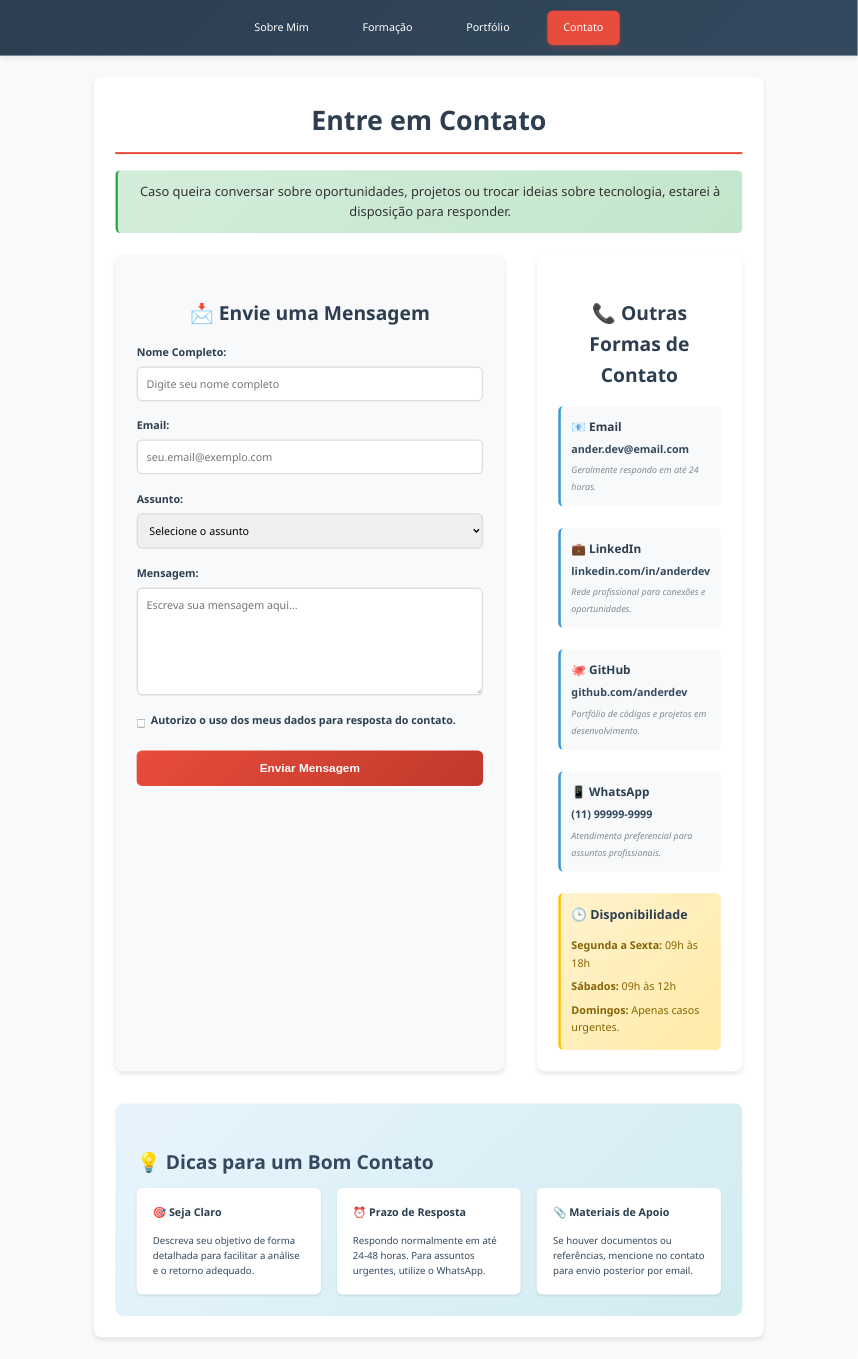
Repository: AnderHonorato/meu-portfolio
Page: contato.html
The author's editor kept a copy of each file at every save. The page is drawn from the files as they stood at one save, then again after the next save.
The browser window is 1280 px wide. The pictures show the whole page, at 67% of full size.

Above is the page before, as saved 2025-08-26 20:01:36.

### contato.html
<!DOCTYPE html>
<html lang="pt-br">
<head>
    <meta charset="UTF-8">
    <meta name="viewport" content="width=device-width, initial-scale=1.0">
    <title>Contato - Ander</title>
    <link rel="stylesheet" href="css/style.css">
</head>
<body>
    <!-- MENU DE NAVEGAÇÃO PADRÃO -->
    <nav class="menu">
        <ul>
            <li><a href="index.html">Sobre Mim</a></li>
            <li><a href="formacao.html">Formação</a></li>
            <li><a href="portfolio.html">Portfólio</a></li>
            <li><a href="contato.html" class="ativo">Contato</a></li>
        </ul>
    </nav>

    <!-- CONTEÚDO ESPECÍFICO DA PÁGINA DE CONTATO -->
    <main class="conteudo">
        <h1>Entre em Contato</h1>

        <p class="intro-contato">
            Caso queira conversar sobre oportunidades, projetos ou trocar ideias sobre tecnologia, estarei à disposição para responder.
        </p>

        <div class="contato-container">
            <!-- FORMULÁRIO DE CONTATO -->
            <div class="formulario-contato">
                <h2>📩 Envie uma Mensagem</h2>

                <!-- FORMULÁRIO (APENAS VISUAL) -->
                <form class="form-contato" id="formContato">
                    <div class="campo">
                        <label for="nome">Nome Completo:</label>
                        <input type="text" id="nome" name="nome" placeholder="Digite seu nome completo" required>
                    </div>

                    <div class="campo">
                        <label for="email">Email:</label>
                        <input type="email" id="email" name="email" placeholder="seu.email@exemplo.com" required>
                    </div>

                    <div class="campo">
                        <label for="assunto">Assunto:</label>
                        <select id="assunto" name="assunto" required>
                            <option value="">Selecione o assunto</option>
                            <option value="oportunidade">Oportunidade de Trabalho</option>
                            <option value="projeto">Proposta de Projeto</option>
                            <option value="duvida">Dúvida Técnica</option>
                            <option value="networking">Networking</option>
                            <option value="outros">Outros</option>
                        </select>
                    </div>

                    <div class="campo">
                        <label for="mensagem">Mensagem:</label>
                        <textarea id="mensagem" name="mensagem" rows="6" placeholder="Escreva sua mensagem aqui..." required></textarea>
                    </div>

                    <!-- CHECKBOX DE CONFIRMAÇÃO -->
                    <div class="campo checkbox">
                        <input type="checkbox" id="aceite" name="aceite" required>
                        <label for="aceite">Autorizo o uso dos meus dados para resposta do contato.</label>
                    </div>

                    <button type="submit" class="btn-enviar">Enviar Mensagem</button>
                </form>

                <!-- MENSAGEM DE RETORNO (OCULTA INICIALMENTE) -->
                <div id="mensagemRetorno" class="mensagem-retorno" style="display: none;">
                    <p>✅ Mensagem enviada com sucesso! Retornarei o contato em breve.</p>
                </div>
            </div>

            <!-- INFORMAÇÕES DE CONTATO DIRETO -->
            <div class="info-contato">
                <h2>📞 Outras Formas de Contato</h2>

                <div class="contato-item">
                    <h3>📧 Email</h3>
                    <p>ander.dev@email.com</p>
                    <small>Geralmente respondo em até 24 horas.</small>
                </div>

                <div class="contato-item">
                    <h3>💼 LinkedIn</h3>
                    <p>linkedin.com/in/anderdev</p>
                    <small>Rede profissional para conexões e oportunidades.</small>
                </div>

                <div class="contato-item">
                    <h3>🐙 GitHub</h3>
                    <p>github.com/anderdev</p>
                    <small>Portfólio de códigos e projetos em desenvolvimento.</small>
                </div>

                <div class="contato-item">
                    <h3>📱 WhatsApp</h3>
                    <p>(11) 99999-9999</p>
                    <small>Atendimento preferencial para assuntos profissionais.</small>
                </div>

                <!-- HORÁRIOS DE DISPONIBILIDADE -->
                <div class="disponibilidade">
                    <h3>🕒 Disponibilidade</h3>
                    <ul>
                        <li><strong>Segunda a Sexta:</strong> 09h às 18h</li>
                        <li><strong>Sábados:</strong> 09h às 12h</li>
                        <li><strong>Domingos:</strong> Apenas casos urgentes.</li>
                    </ul>
                </div>
            </div>
        </div>

        <!-- SEÇÃO DE DICAS DE CONTATO -->
        <div class="dicas-contato">
            <h2>💡 Dicas para um Bom Contato</h2>
            <div class="dicas-grid">
                <div class="dica-item">
                    <h4>🎯 Seja Claro</h4>
                    <p>Descreva seu objetivo de forma detalhada para facilitar a análise e o retorno adequado.</p>
                </div>
                <div class="dica-item">
                    <h4>⏰ Prazo de Resposta</h4>
                    <p>Respondo normalmente em até 24-48 horas. Para assuntos urgentes, utilize o WhatsApp.</p>
                </div>
                <div class="dica-item">
                    <h4>📎 Materiais de Apoio</h4>
                    <p>Se houver documentos ou referências, mencione no contato para envio posterior por email.</p>
                </div>
            </div>
        </div>
    </main>

    <!-- SCRIPT DE INTERATIVIDADE DO FORMULÁRIO -->
    <script>
        // SIMULA O ENVIO DO FORMULÁRIO E MOSTRA MENSAGEM DE SUCESSO
        document.getElementById('formContato').addEventListener('submit', function(e) {
            e.preventDefault();
            document.getElementById('mensagemRetorno').style.display = 'block';
            this.reset();
            document.getElementById('mensagemRetorno').scrollIntoView({ behavior: 'smooth' });
        });
    </script>
</body>
</html>

### css/style.css
/* Reset básico e configurações globais */
* {
    margin: 0;
    padding: 0;
    box-sizing: border-box;
}

/* Configurações do corpo da página */
body {
    font-family: 'Segoe UI', Tahoma, Geneva, Verdana, sans-serif;
    line-height: 1.6;
    color: #333;
    background-color: #f8f9fa;
}

/* Menu de navegação - SEMPRE VISÍVEL */
.menu {
    background: linear-gradient(135deg, #2c3e50, #34495e);
    padding: 1rem 0;
    position: sticky; /* Menu fica fixo no topo ao rolar */
    top: 0;
    z-index: 1000; /* Garante que fica por cima de outros elementos */
    box-shadow: 0 2px 10px rgba(0,0,0,0.1);
}

.menu ul {
    list-style: none;
    display: flex;
    justify-content: center;
    gap: 2rem;
    max-width: 1200px;
    margin: 0 auto;
    padding: 0 1rem;
}

.menu a {
    color: white;
    text-decoration: none;
    padding: 0.8rem 1.5rem;
    border-radius: 8px;
    transition: all 0.3s ease;
    display: block;
    font-weight: 500;
}

.menu a:hover {
    background-color: rgba(255, 255, 255, 0.1);
    transform: translateY(-2px);
}

.menu a.ativo {
    background-color: #e74c3c;
    box-shadow: 0 4px 8px rgba(231, 76, 60, 0.3);
}

/* Conteúdo principal */
.conteudo {
    max-width: 1000px;
    margin: 2rem auto;
    padding: 0 1rem;
    background-color: white;
    border-radius: 12px;
    box-shadow: 0 4px 6px rgba(0,0,0,0.1);
    padding: 2rem;
}

.conteudo h1 {
    color: #2c3e50;
    margin-bottom: 1.5rem;
    text-align: center;
    font-size: 2.5rem;
    border-bottom: 3px solid #e74c3c;
    padding-bottom: 1rem;
}

.conteudo h2 {
    color: #34495e;
    margin: 2rem 0 1rem 0;
    font-size: 1.8rem;
}

/* === ESTILOS PÁGINA SOBRE MIM === */
.sobre-container {
    display: grid;
    grid-template-columns: 250px 1fr;
    gap: 2rem;
    margin-top: 2rem;
}

.foto-perfil {
    text-align: center;
}

.placeholder-foto {
    width: 200px;
    height: 200px;
    border-radius: 50%;
    background: linear-gradient(135deg, #e74c3c, #c0392b);
    display: flex;
    align-items: center;
    justify-content: center;
    color: white;
    font-weight: bold;
    margin: 0 auto;
    box-shadow: 0 8px 16px rgba(231, 76, 60, 0.3);
}

.foto-perfil img {
    width: 200px;
    height: 200px;
    border-radius: 50%;
    object-fit: cover;
    box-shadow: 0 8px 16px rgba(0,0,0,0.2);
}

.texto-sobre {
    flex: 1;
}

.texto-sobre p {
    margin-bottom: 1rem;
    text-align: justify;
    font-size: 1.1rem;
}

.lista-hobbies {
    list-style: none;
    margin: 1rem 0;
}

.lista-hobbies li {
    padding: 0.5rem 0;
    font-size: 1.1rem;
    border-bottom: 1px solid #eee;
    transition: all 0.3s ease;
}

.lista-hobbies li:hover {
    background-color: #f8f9fa;
    padding-left: 1rem;
    border-left: 4px solid #e74c3c;
}

.info-adicional {
    margin-top: 3rem;
    padding: 2rem;
    background: linear-gradient(135deg, #ecf0f1, #bdc3c7);
    border-radius: 12px;
}

/* === ESTILOS PÁGINA FORMAÇÃO === */
.formacao-secao {
    margin-bottom: 3rem;
}

.item-formacao {
    background: linear-gradient(135deg, #f8f9fa, #e9ecef);
    padding: 2rem;
    border-radius: 12px;
    margin-bottom: 1.5rem;
    border-left: 5px solid #e74c3c;
    transition: transform 0.3s ease;
}

.item-formacao:hover {
    transform: translateY(-5px);
    box-shadow: 0 8px 16px rgba(0,0,0,0.1);
}

.item-formacao h3 {
    color: #2c3e50;
    margin-bottom: 1rem;
    font-size: 1.3rem;
}

.item-formacao p {
    margin-bottom: 0.5rem;
}

.lista-idiomas {
    list-style: none;
}

.lista-idiomas li {
    padding: 1rem 0;
    border-bottom: 1px solid #ddd;
}

.lista-idiomas li:last-child {
    border-bottom: none;
}

.nivel-idioma {
    margin-top: 0.5rem;
}

.barra-progresso {
    width: 100%;
    height: 8px;
    background-color: #ecf0f1;
    border-radius: 4px;
    overflow: hidden;
    margin: 0.5rem 0;
}

.progresso {
    height: 100%;
    background: linear-gradient(90deg, #e74c3c, #c0392b);
    transition: width 0.3s ease;
}

.descricao-nivel {
    font-size: 0.9rem;
    color: #7f8c8d;
    font-style: italic;
}

.proximos-estudos ul {
    list-style: none;
    display: grid;
    grid-template-columns: repeat(auto-fit, minmax(250px, 1fr));
    gap: 1rem;
}

.proximos-estudos li {
    background-color: #fff3cd;
    padding: 1rem;
    border-radius: 8px;
    border-left: 4px solid #ffc107;
    font-weight: 500;
}

/* === ESTILOS PÁGINA PORTFÓLIO === */
.intro-portfolio {
    text-align: center;
    font-size: 1.2rem;
    margin-bottom: 2rem;
    padding: 1rem;
    background-color: #f8f9fa;
    border-radius: 8px;
    border-left: 4px solid #e74c3c;
}

.projetos-grid {
    display: grid;
    grid-template-columns: repeat(auto-fit, minmax(350px, 1fr));
    gap: 2rem;
    margin-bottom: 3rem;
}

.projeto-item {
    background: linear-gradient(135deg, #ffffff, #f8f9fa);
    padding: 2rem;
    border-radius: 12px;
    box-shadow: 0 4px 8px rgba(0,0,0,0.1);
    transition: all 0.3s ease;
    border-top: 4px solid #e74c3c;
}

.projeto-item:hover {
    transform: translateY(-8px);
    box-shadow: 0 12px 24px rgba(0,0,0,0.15);
}

.projeto-item h3 {
    color: #2c3e50;
    margin-bottom: 1rem;
    font-size: 1.4rem;
}

.tags-projeto {
    margin-bottom: 1rem;
}

.tag {
    display: inline-block;
    background: linear-gradient(135deg, #e74c3c, #c0392b);
    color: white;
    padding: 0.3rem 0.8rem;
    border-radius: 20px;
    font-size: 0.8rem;
    margin-right: 0.5rem;
    font-weight: 500;
}

.projeto-detalhes {
    margin: 1rem 0;
    padding: 1rem;
    background-color: #f8f9fa;
    border-radius: 8px;
}

.projeto-detalhes p {
    margin-bottom: 0.5rem;
    font-size: 0.9rem;
}

.btn-projeto {
    display: inline-block;
    background: linear-gradient(135deg, #3498db, #2980b9);
    color: white;
    padding: 0.8rem 1.5rem;
    text-decoration: none;
    border-radius: 8px;
    transition: all 0.3s ease;
    font-weight: 500;
}

.btn-projeto:hover {
    transform: translateY(-2px);
    box-shadow: 0 4px 8px rgba(52, 152, 219, 0.3);
}

/* Habilidades técnicas */
.habilidades-secao {
    margin-top: 3rem;
    padding: 2rem;
    background: linear-gradient(135deg, #ecf0f1, #bdc3c7);
    border-radius: 12px;
}

.habilidades-grid {
    display: grid;
    grid-template-columns: repeat(auto-fit, minmax(250px, 1fr));
    gap: 1.5rem;
    margin-top: 1rem;
}

.habilidade-item {
    background-color: white;
    padding: 1.5rem;
    border-radius: 8px;
    box-shadow: 0 2px 4px rgba(0,0,0,0.1);
}

.habilidade-item h4 {
    color: #2c3e50;
    margin-bottom: 1rem;
    font-size: 1.1rem;
}

.nivel-habilidade {
    display: flex;
    align-items: center;
    gap: 1rem;
}

.barra-habilidade {
    flex: 1;
    height: 8px;
    background-color: #ecf0f1;
    border-radius: 4px;
    overflow: hidden;
}

.progresso-habilidade {
    height: 100%;
    background: linear-gradient(90deg, #27ae60, #2ecc71);
    transition: width 0.3s ease;
}

.estudos-atuais {
    margin-top: 2rem;
    padding: 2rem;
    background-color: #e8f5e8;
    border-radius: 12px;
    border-left: 5px solid #27ae60;
}

.lista-estudos {
    list-style: none;
    display: grid;
    grid-template-columns: repeat(auto-fit, minmax(300px, 1fr));
    gap: 1rem;
}

.lista-estudos li {
    padding: 1rem;
    background-color: white;
    border-radius: 8px;
    box-shadow: 0 2px 4px rgba(0,0,0,0.1);
    transition: transform 0.3s ease;
}

.lista-estudos li:hover {
    transform: translateX(10px);
}

/* === ESTILOS PÁGINA CONTATO === */
.intro-contato {
    text-align: center;
    font-size: 1.2rem;
    margin-bottom: 2rem;
    padding: 1rem;
    background: linear-gradient(135deg, #d4edda, #c3e6cb);
    border-radius: 8px;
    border-left: 4px solid #28a745;
}

.contato-container {
    display: grid;
    grid-template-columns: 2fr 1fr;
    gap: 3rem;
    margin-top: 2rem;
}

.formulario-contato {
    background-color: #f8f9fa;
    padding: 2rem;
    border-radius: 12px;
    box-shadow: 0 4px 8px rgba(0,0,0,0.1);
}

.formulario-contato h2 {
    color: #2c3e50;
    margin-bottom: 1.5rem;
    text-align: center;
}

.form-contato {
    display: flex;
    flex-direction: column;
    gap: 1.5rem;
}

.campo {
    display: flex;
    flex-direction: column;
}

.campo.checkbox {
    flex-direction: row;
    align-items: center;
    gap: 0.5rem;
}

.campo.checkbox input {
    width: auto;
}

.campo label {
    margin-bottom: 0.5rem;
    font-weight: 600;
    color: #2c3e50;
}

.campo input,
.campo textarea,
.campo select {
    padding: 0.8rem;
    border: 2px solid #ddd;
    border-radius: 8px;
    font-size: 1rem;
    transition: border-color 0.3s ease;
    font-family: inherit;
}

.campo input:focus,
.campo textarea:focus,
.campo select:focus {
    outline: none;
    border-color: #e74c3c;
    box-shadow: 0 0 0 3px rgba(231, 76, 60, 0.1);
}

.btn-enviar {
    background: linear-gradient(135deg, #e74c3c, #c0392b);
    color: white;
    padding: 1rem 2rem;
    border: none;
    border-radius: 8px;
    cursor: pointer;
    font-size: 1.1rem;
    font-weight: 600;
    transition: all 0.3s ease;
}

.btn-enviar:hover {
    transform: translateY(-2px);
    box-shadow: 0 4px 8px rgba(231, 76, 60, 0.3);
}

.mensagem-retorno {
    margin-top: 1rem;
    padding: 1rem;
    background-color: #d4edda;
    border: 1px solid #c3e6cb;
    border-radius: 8px;
    color: #155724;
    text-align: center;
    font-weight: 500;
}

/* Informações de contato */
.info-contato {
    background-color: white;
    padding: 2rem;
    border-radius: 12px;
    box-shadow: 0 4px 8px rgba(0,0,0,0.1);
    height: fit-content;
}

.info-contato h2 {
    color: #2c3e50;
    margin-bottom: 1.5rem;
    text-align: center;
}

.contato-item {
    margin-bottom: 2rem;
    padding: 1rem;
    background-color: #f8f9fa;
    border-radius: 8px;
    border-left: 4px solid #3498db;
}

.contato-item h3 {
    color: #2c3e50;
    margin-bottom: 0.5rem;
    font-size: 1.1rem;
}

.contato-item p {
    font-weight: 600;
    color: #34495e;
    margin-bottom: 0.3rem;
}

.contato-item small {
    color: #7f8c8d;
    font-style: italic;
}

.disponibilidade {
    padding: 1rem;
    background: linear-gradient(135deg, #fff3cd, #ffeaa7);
    border-radius: 8px;
    border-left: 4px solid #ffc107;
}

.disponibilidade h3 {
    color: #2c3e50;
    margin-bottom: 1rem;
}

.disponibilidade ul {
    list-style: none;
}

.disponibilidade li {
    padding: 0.3rem 0;
    color: #856404;
}

/* Dicas de contato */
.dicas-contato {
    margin-top: 3rem;
    padding: 2rem;
    background: linear-gradient(135deg, #e8f4fd, #d1ecf1);
    border-radius: 12px;
}

.dicas-grid {
    display: grid;
    grid-template-columns: repeat(auto-fit, minmax(250px, 1fr));
    gap: 1.5rem;
    margin-top: 1rem;
}

.dica-item {
    background-color: white;
    padding: 1.5rem;
    border-radius: 8px;
    box-shadow: 0 2px 4px rgba(0,0,0,0.1);
    transition: transform 0.3s ease;
}

.dica-item:hover {
    transform: translateY(-5px);
}

.dica-item h4 {
    color: #2c3e50;
    margin-bottom: 1rem;
}

.dica-item p {
    color: #34495e;
    font-size: 0.9rem;
}

/* === RESPONSIVIDADE === */
@media (max-width: 768px) {
    /* Menu responsivo */
    .menu ul {
        flex-wrap: wrap;
        gap: 0.5rem;
        justify-content: center;
    }

    .menu a {
        padding: 0.6rem 1rem;
        font-size: 0.9rem;
    }

    /* Conteúdo */
    .conteudo {
        margin: 1rem;
        padding: 1.5rem;
    }

    .conteudo h1 {
        font-size: 2rem;
    }

    /* Sobre mim responsivo */
    .sobre-container {
        grid-template-columns: 1fr;
        text-align: center;
        gap: 1.5rem;
    }

    /* Formação responsiva */
    .item-formacao {
        padding: 1.5rem;
    }

    /* Portfólio responsivo */
    .projetos-grid {
        grid-template-columns: 1fr;
        gap: 1.5rem;
    }

    .habilidades-grid {
        grid-template-columns: 1fr;
    }

    /* Contato responsivo */
    .contato-container {
        grid-template-columns: 1fr;
        gap: 2rem;
    }

    .dicas-grid {
        grid-template-columns: 1fr;
    }
}

@media (max-width: 480px) {
    .conteudo {
        padding: 1rem;
    }

    .conteudo h1 {
        font-size: 1.8rem;
    }

    .menu ul {
        flex-direction: column;
        gap: 0.3rem;
    }

    .projeto-item,
    .item-formacao,
    .formulario-contato {
        padding: 1rem;
    }
}

/* Animações e efeitos especiais */
@keyframes slideInUp {
    from {
        opacity: 0;
        transform: translateY(30px);
    }
    to {
        opacity: 1;
        transform: translateY(0);
    }
}

.conteudo {
    animation: slideInUp 0.6s ease-out;
}

/* Scroll suave */
html {
    scroll-behavior: smooth;
}

After the next save:
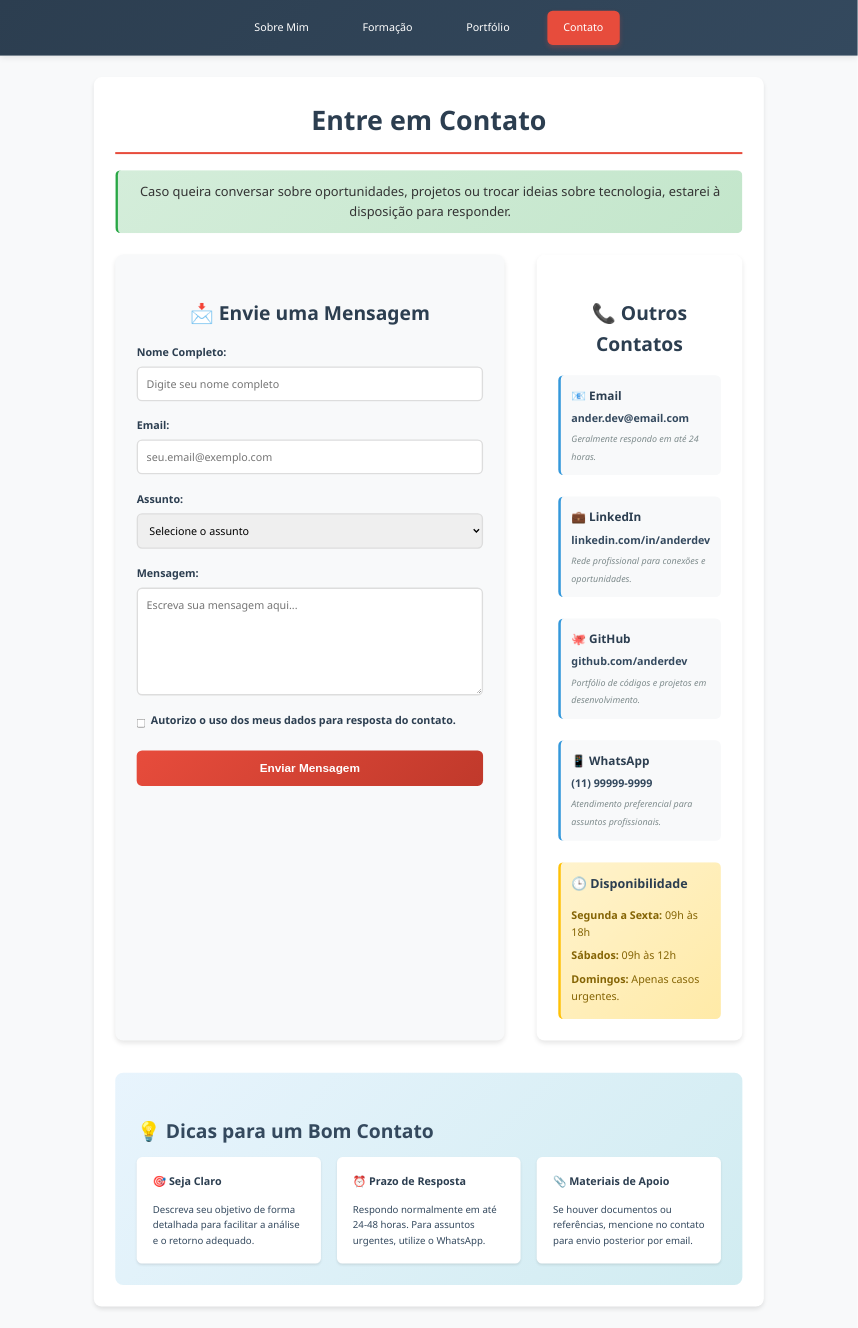
Saved 71 s later.
--- a/contato.html
+++ b/contato.html
@@ -76,7 +76,7 @@
 
             <!-- INFORMAÇÕES DE CONTATO DIRETO -->
             <div class="info-contato">
-                <h2>📞 Outras Formas de Contato</h2>
+                <h2>📞 Outros Contatos</h2>
 
                 <div class="contato-item">
                     <h3>📧 Email</h3>

After the save that followed:
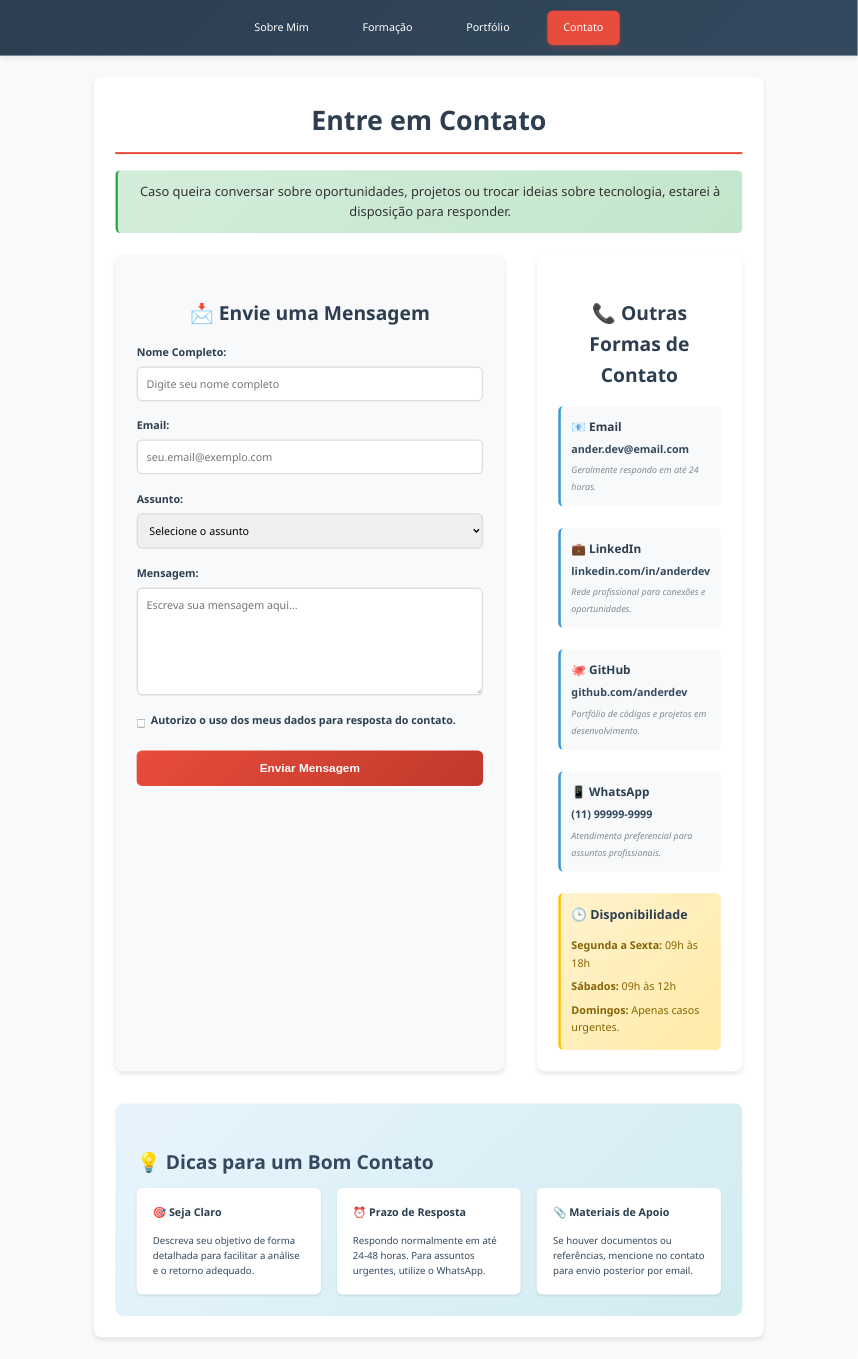
Saved 4 s later.
--- a/contato.html
+++ b/contato.html
@@ -76,7 +76,7 @@
 
             <!-- INFORMAÇÕES DE CONTATO DIRETO -->
             <div class="info-contato">
-                <h2>📞 Outros Contatos</h2>
+                <h2>📞 Outras Formas de Contato</h2>
 
                 <div class="contato-item">
                     <h3>📧 Email</h3>
